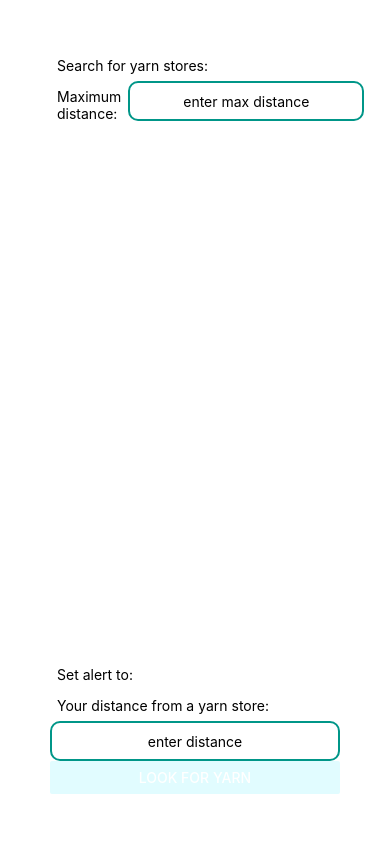
Repository: anuslorah/StashEnhancer
Screen: / (app in StashEnhancer1/)
An editor plug-in stored every save of this project. The screen is shown before and after the next save, followed by the edit.
The app was drawn by React Native's web renderer in a window 390 px wide. The project was rebuilt for these pictures with package versions that can differ from the ones it lists, and the page was loaded fresh each time.

Above is the screen before, as saved 2019-06-27 18:22:07.

After the next save:
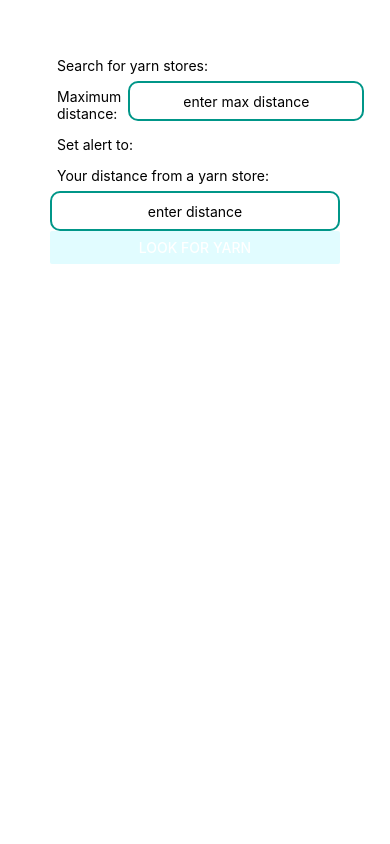
Saved 12 s later.
--- a/StashEnhancer1/App.js
+++ b/StashEnhancer1/App.js
@@ -51,7 +51,7 @@ const styles = StyleSheet.create({
     padding: 7
   },
   row: {
-    flex: 1,
+    // flex: 1,
     flexDirection: 'row',
     // justifyContent: 'space-between',
   },
